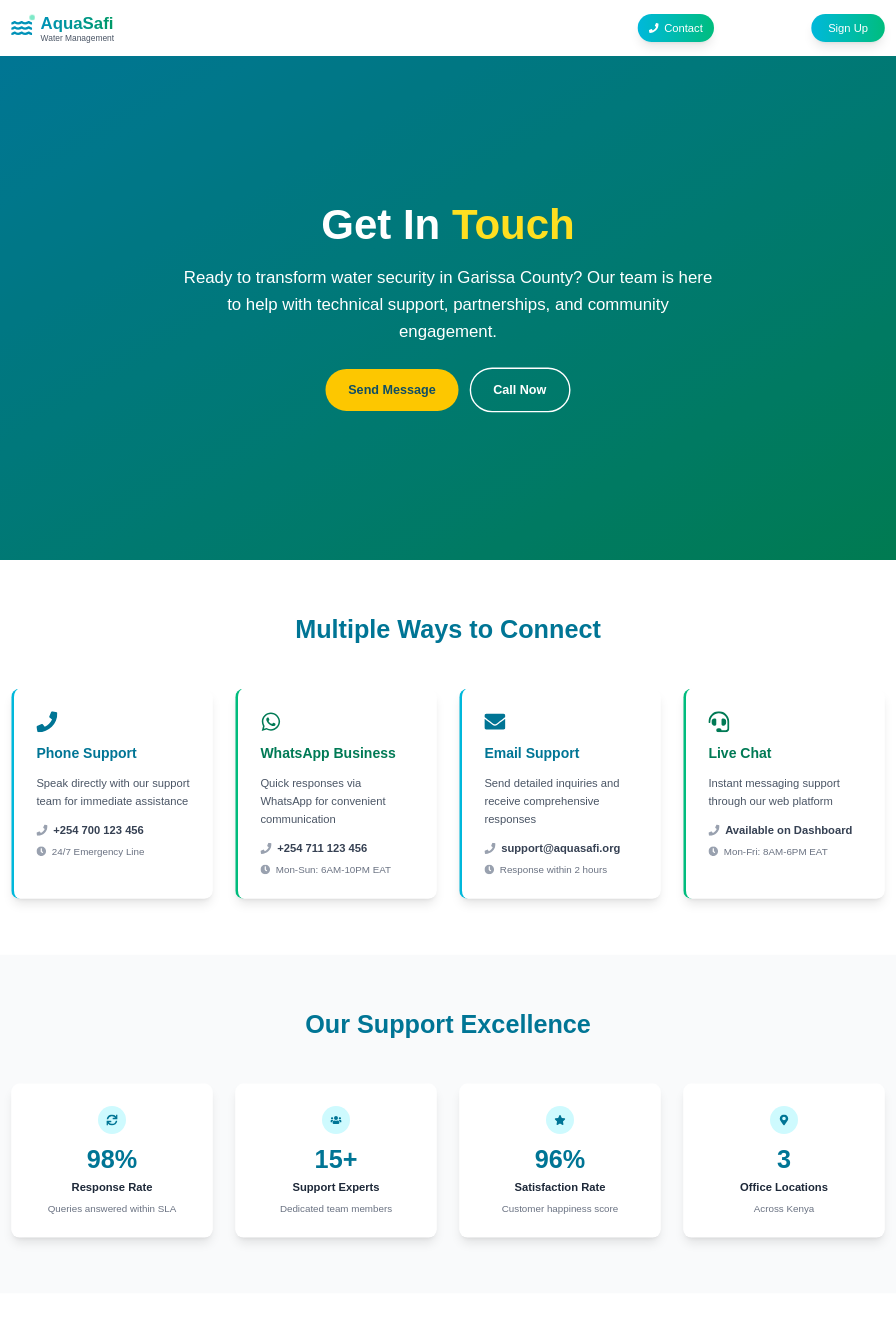
Repository: ibro-pro/AquaSafi-Garissa-county-Smart-water
Page: /contact (app in frontend/)
The author's editor kept a copy of each file at every save. The page is drawn from the files as they stood at one save, then again after a run of saves.
The browser window is 1280 px wide. The pictures show the part of the page from y = 0 to 1920 px (the page is 5806 px tall before and 720 px after), at 70% of full size.
The project was rebuilt for these pictures with package versions that can differ from the ones it lists, and the page was loaded fresh each time. Also part of the build but not shown: frontend/src/pages/About.jsx, frontend/src/pages/Services.jsx, frontend/src/components/LoginPopup.jsx, frontend/src/components/UserDashboard.jsx.

Above is the page before, as saved 2025-09-30 20:48:14.

### frontend/src/index.css
@import "tailwindcss";

body {
  margin: 0;
  padding: 0;
  font-family: Arial, sans-serif;
}

### frontend/src/App.jsx
import React from 'react'
import { BrowserRouter, Routes, Route } from 'react-router-dom'
import MinimalTest from './pages/MinimalTest'
import About from './pages/About'
import Services from './pages/Services'
import Contact from './pages/Contact'
import ProfessionalNavbar from './components/ProfessionalNavbar'
import UserDashboard from './components/UserDashboard'

function App() {
  return (
    <BrowserRouter>
      <div style={{ minHeight: '100vh' }}>
        <Routes>
          <Route path="/" element={
            <>
              <MinimalTest />
            </>
          } />
          <Route path="/about" element={
            <>
              <ProfessionalNavbar />
              <About />
            </>
          } />
          <Route path="/services" element={
            <>
              <ProfessionalNavbar />
              <Services />
            </>
          } />
          <Route path="/contact" element={
            <>
              <ProfessionalNavbar />
              <Contact />
            </>
          } />
          <Route path="/dashboard" element={
            <>
              <UserDashboard />
            </>
          } />
        </Routes>
      </div>
    </BrowserRouter>
  )
}

export default App

### frontend/src/components/ProfessionalNavbar.jsx
import React, { useState, useEffect } from 'react';
import { NavLink, useLocation, Link } from 'react-router-dom';
import { AnimatePresence } from 'framer-motion';
import LoginPopup from './LoginPopup';
import {
  FaWater,
  FaBars,
  FaTimes,
  FaChevronDown,
  FaHome,
  FaInfoCircle,
  FaPhone,
  FaChartLine,
  FaUsers,
  FaMobileAlt,
  FaCog,
  FaMapMarkerAlt
} from 'react-icons/fa';

const ProfessionalNavbar = () => {
  const [isMenuOpen, setIsMenuOpen] = useState(false);
  const [activeDropdown, setActiveDropdown] = useState(null);
  const [scrolled, setScrolled] = useState(false);
  const [showLogin, setShowLogin] = useState(false);
  const location = useLocation();

  useEffect(() => {
    const handleScroll = () => {
      setScrolled(window.scrollY > 20);
    };
    window.addEventListener('scroll', handleScroll);
    return () => window.removeEventListener('scroll', handleScroll);
  }, []);

  const navigationItems = [
    { name: 'Home', href: '/', icon: FaHome },
    { name: 'About', href: '/about', icon: FaInfoCircle },
    {
      name: 'Services',
      href: '/services',
      icon: FaChartLine,
      dropdown: [
        { name: 'Water Monitoring', href: '/services/monitoring', icon: FaWater },
        { name: 'Community Engagement', href: '/services/community', icon: FaUsers },
        { name: 'Mobile Solutions', href: '/services/mobile', icon: FaMobileAlt },
        { name: 'Data Analytics', href: '/services/analytics', icon: FaChartLine }
      ]
    },
    { name: 'Contact', href: '/contact', icon: FaPhone }
  ];

  const toggleDropdown = (itemName) => {
    setActiveDropdown(activeDropdown === itemName ? null : itemName);
  };

  const closeDropdowns = () => {
    setActiveDropdown(null);
  };

  const toggleMenu = () => {
    setIsMenuOpen(!isMenuOpen);
    closeDropdowns();
  };

  return (
    <nav
      className={`fixed top-0 left-0 right-0 z-50 transition-all duration-300 ${
        scrolled
          ? 'bg-white/95 backdrop-blur-md shadow-lg'
          : 'bg-transparent'
      }`}
    >
      <div className="container mx-auto px-4">
        <div className="flex items-center justify-between h-16 md:h-20">
          {/* Logo */}
          <div className="flex items-center space-x-3">
            <div className="relative">
              <FaWater className="text-2xl md:text-3xl text-cyan-600" />
              <div className="absolute -top-1 -right-1 w-2 h-2 bg-emerald-400 rounded-full animate-pulse"></div>
            </div>
            <div>
              <Link to="/" className="text-xl md:text-2xl font-bold bg-gradient-to-r from-cyan-600 to-emerald-600 bg-clip-text text-transparent">
                AquaSafi
              </Link>
              <p className="text-xs text-gray-600 -mt-1">Water Management</p>
            </div>
          </div>

          {/* Desktop Navigation */}
          <div className="hidden lg:flex items-center space-x-8">
            {navigationItems.map((item) => (
              <div key={item.name} className="relative group">
                {item.dropdown ? (
                  <div>
                    <button
                      onClick={() => toggleDropdown(item.name)}
                      className={`flex items-center space-x-1 px-4 py-2 rounded-full transition-all duration-200 ${
                        location.pathname.startsWith(item.href)
                          ? 'bg-gradient-to-r from-cyan-500 to-emerald-500 text-white shadow-lg'
                          : scrolled
                            ? 'text-gray-700 hover:text-cyan-600 hover:bg-cyan-50'
                            : 'text-white hover:text-cyan-200 hover:bg-white/10'
                      }`}
                    >
                      <item.icon className="text-sm" />
                      <span className="font-medium">{item.name}</span>
                      <FaChevronDown className={`text-xs transition-transform duration-200 ${
                        activeDropdown === item.name ? 'rotate-180' : ''
                      }`} />
                    </button>

                    {activeDropdown === item.name && (
                      <div className="absolute top-full left-0 mt-2 w-64 bg-white rounded-xl shadow-xl border border-gray-100 py-2 z-50">
                        {item.dropdown.map((dropdownItem) => (
                          <NavLink
                            key={dropdownItem.name}
                            to={dropdownItem.href}
                            onClick={closeDropdowns}
                            className={({ isActive }) =>
                              `flex items-center space-x-3 px-4 py-3 transition-colors duration-200 ${
                                isActive
                                  ? 'bg-gradient-to-r from-cyan-50 to-emerald-50 text-cyan-700 border-r-2 border-cyan-500'
                                  : 'text-gray-700 hover:bg-gray-50'
                              }`
                            }
                          >
                            <dropdownItem.icon className="text-cyan-600" />
                            <div>
                              <span className="font-medium">{dropdownItem.name}</span>
                            </div>
                          </NavLink>
                        ))}
                      </div>
                    )}
                  </div>
                ) : (
                  <NavLink
                    to={item.href}
                    className={({ isActive }) =>
                      `flex items-center space-x-2 px-4 py-2 rounded-full transition-all duration-200 ${
                        isActive
                          ? 'bg-gradient-to-r from-cyan-500 to-emerald-500 text-white shadow-lg'
                          : scrolled
                            ? 'text-gray-700 hover:text-cyan-600 hover:bg-cyan-50'
                            : 'text-white hover:text-cyan-200 hover:bg-white/10'
                      }`
                    }
                  >
                    <item.icon className="text-sm" />
                    <span className="font-medium">{item.name}</span>
                  </NavLink>
                )}
              </div>
            ))}

            {/* Login Buttons */}
            <div className="flex items-center space-x-3 ml-6">
              <button
                onClick={() => setShowLogin(true)}
                className={`px-4 py-2 rounded-full font-medium transition-all duration-200 ${
                  scrolled
                    ? 'text-cyan-600 hover:text-cyan-700 hover:bg-cyan-50'
                    : 'text-white hover:text-cyan-200 hover:bg-white/10'
                }`}
              >
                Login
              </button>
              <button
                onClick={() => setShowLogin(true)}
                className="px-6 py-2 bg-gradient-to-r from-cyan-500 to-emerald-500 text-white rounded-full font-medium hover:from-cyan-600 hover:to-emerald-600 transition-all duration-200 shadow-lg hover:shadow-xl"
              >
                Sign Up
              </button>
            </div>
          </div>

          {/* Mobile Menu Button */}
          <button
            onClick={toggleMenu}
            className={`lg:hidden p-2 rounded-lg transition-colors duration-200 ${
              scrolled
                ? 'text-gray-700 hover:bg-gray-100'
                : 'text-white hover:bg-white/10'
            }`}
          >
            {isMenuOpen ? <FaTimes size={24} /> : <FaBars size={24} />}
          </button>
        </div>

        {/* Mobile Menu */}
        {isMenuOpen && (
          <div className="lg:hidden">
            <div className="px-2 pt-2 pb-3 space-y-1 bg-white rounded-lg shadow-lg border border-gray-100 mt-2">
              {navigationItems.map((item) => (
                <div key={item.name}>
                  {item.dropdown ? (
                    <div>
                      <button
                        onClick={() => toggleDropdown(item.name)}
                        className="w-full flex items-center justify-between px-3 py-2 rounded-md text-gray-700 hover:bg-gray-50"
                      >
                        <div className="flex items-center space-x-2">
                          <item.icon />
                          <span>{item.name}</span>
                        </div>
                        <FaChevronDown className={`transition-transform duration-200 ${
                          activeDropdown === item.name ? 'rotate-180' : ''
                        }`} />
                      </button>

                      {activeDropdown === item.name && (
                        <div className="ml-4 mt-1 space-y-1">
                          {item.dropdown.map((dropdownItem) => (
                            <NavLink
                              key={dropdownItem.name}
                              to={dropdownItem.href}
                              onClick={() => {
                                setIsMenuOpen(false);
                                closeDropdowns();
                              }}
                              className={({ isActive }) =>
                                `flex items-center space-x-2 px-3 py-2 rounded-md transition-colors duration-200 ${
                                  isActive
                                    ? 'bg-cyan-50 text-cyan-700'
                                    : 'text-gray-600 hover:bg-gray-50'
                                }`
                              }
                            >
                              <dropdownItem.icon />
                              <span>{dropdownItem.name}</span>
                            </NavLink>
                          ))}
                        </div>
                      )}
                    </div>
                  ) : (
                    <NavLink
                      to={item.href}
                      onClick={() => setIsMenuOpen(false)}
                      className={({ isActive }) =>
                        `flex items-center space-x-2 px-3 py-2 rounded-md transition-colors duration-200 ${
                          isActive
                            ? 'bg-cyan-50 text-cyan-700'
                            : 'text-gray-700 hover:bg-gray-50'
                        }`
                      }
                    >
                      <item.icon />
                      <span>{item.name}</span>
                    </NavLink>
                  )}
                </div>
              ))}

              <div className="pt-4 mt-4 border-t border-gray-200">
                <button
                  onClick={() => {
                    setShowLogin(true);
                    setIsMenuOpen(false);
                  }}
                  className="w-full text-left px-3 py-2 text-gray-700 hover:bg-gray-50 rounded-md"
                >
                  Login
                </button>
                <button
                  onClick={() => {
                    setShowLogin(true);
                    setIsMenuOpen(false);
                  }}
                  className="w-full text-left px-3 py-2 bg-gradient-to-r from-cyan-500 to-emerald-500 text-white rounded-md mt-2 hover:from-cyan-600 hover:to-emerald-600"
                >
                  Sign Up
                </button>
              </div>
            </div>
          </div>
        )}
      </div>

      {/* Login Popup */}
      <AnimatePresence>
        {showLogin && (
          <LoginPopup
            onClose={() => setShowLogin(false)}
            onLogin={() => setShowLogin(false)}
          />
        )}
      </AnimatePresence>
    </nav>
  );
};

export default ProfessionalNavbar;

### frontend/src/pages/MinimalTest.jsx
import React from 'react';

const MinimalTest = () => {
  console.log('MinimalTest component is rendering!');

  return (
    <div style={{
      padding: '20px',
      backgroundColor: '#00ff00',
      minHeight: '100vh',
      display: 'block',
      position: 'relative',
      zIndex: 1000
    }}>
      <h1 style={{
        color: '#ff0000',
        fontSize: '48px',
        margin: '20px 0',
        display: 'block'
      }}>
        HELLO WORLD - TESTING REACT!
      </h1>
      <p style={{
        color: '#000000',
        fontSize: '24px',
        margin: '20px 0',
        display: 'block'
      }}>
        If you can see this GREEN background and RED text, React is working!
      </p>
      <div style={{
        backgroundColor: '#ffffff',
        padding: '30px',
        margin: '20px 0',
        border: '5px solid #000000',
        display: 'block'
      }}>
        <h2 style={{ color: '#0000ff', fontSize: '32px' }}>AquaSafi Status Test</h2>
        <p style={{ color: '#000000', fontSize: '18px' }}>This is a minimal test component with inline styles</p>
        <button style={{
          backgroundColor: '#ff6600',
          color: 'white',
          padding: '10px 20px',
          fontSize: '16px',
          border: 'none',
          borderRadius: '5px',
          cursor: 'pointer'
        }} onClick={() => alert('Button clicked! React is working!')}>
          Click Me to Test React
        </button>
      </div>
    </div>
  );
};

export default MinimalTest;

Loaded but not shown: frontend/index.html (common file); frontend/src/main.jsx (common file); frontend/src/pages/Contact.jsx (916 lines, source omitted)

After the next 2 saves:
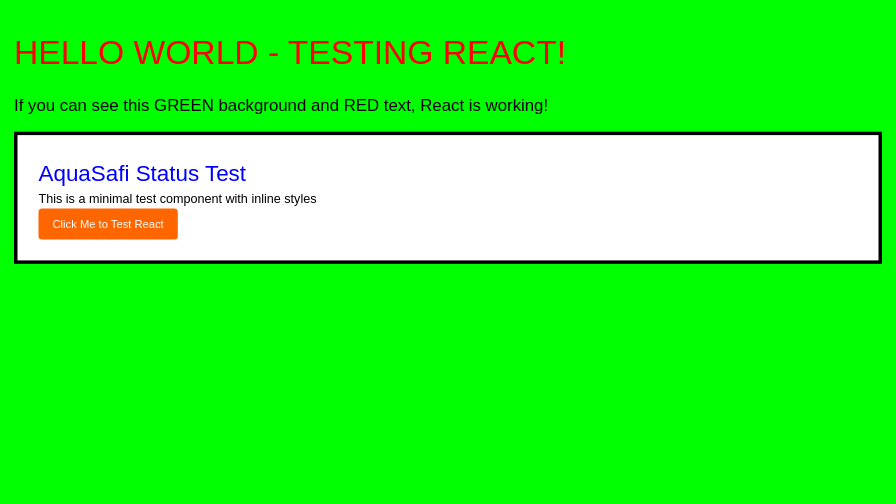
The 2 saves are shown as one change because 1 did not build or start.
The last was saved 39 s later.
--- a/frontend/src/App.jsx
+++ b/frontend/src/App.jsx
@@ -1,49 +1,14 @@
 import React from 'react'
-import { BrowserRouter, Routes, Route } from 'react-router-dom'
 import MinimalTest from './pages/MinimalTest'
-import About from './pages/About'
-import Services from './pages/Services'
-import Contact from './pages/Contact'
-import ProfessionalNavbar from './components/ProfessionalNavbar'
-import UserDashboard from './components/UserDashboard'
 
 function App() {
+  console.log('App component is rendering!');
+
   return (
-    <BrowserRouter>
-      <div style={{ minHeight: '100vh' }}>
-        <Routes>
-          <Route path="/" element={
-            <>
-              <MinimalTest />
-            </>
-          } />
-          <Route path="/about" element={
-            <>
-              <ProfessionalNavbar />
-              <About />
-            </>
-          } />
-          <Route path="/services" element={
-            <>
-              <ProfessionalNavbar />
-              <Services />
-            </>
-          } />
-          <Route path="/contact" element={
-            <>
-              <ProfessionalNavbar />
-              <Contact />
-            </>
-          } />
-          <Route path="/dashboard" element={
-            <>
-              <UserDashboard />
-            </>
-          } />
-        </Routes>
-      </div>
-    </BrowserRouter>
-  )
+    <div style={{ minHeight: '100vh', backgroundColor: '#ffff00' }}>
+      <MinimalTest />
+    </div>
+  );
 }
 
 export default App
